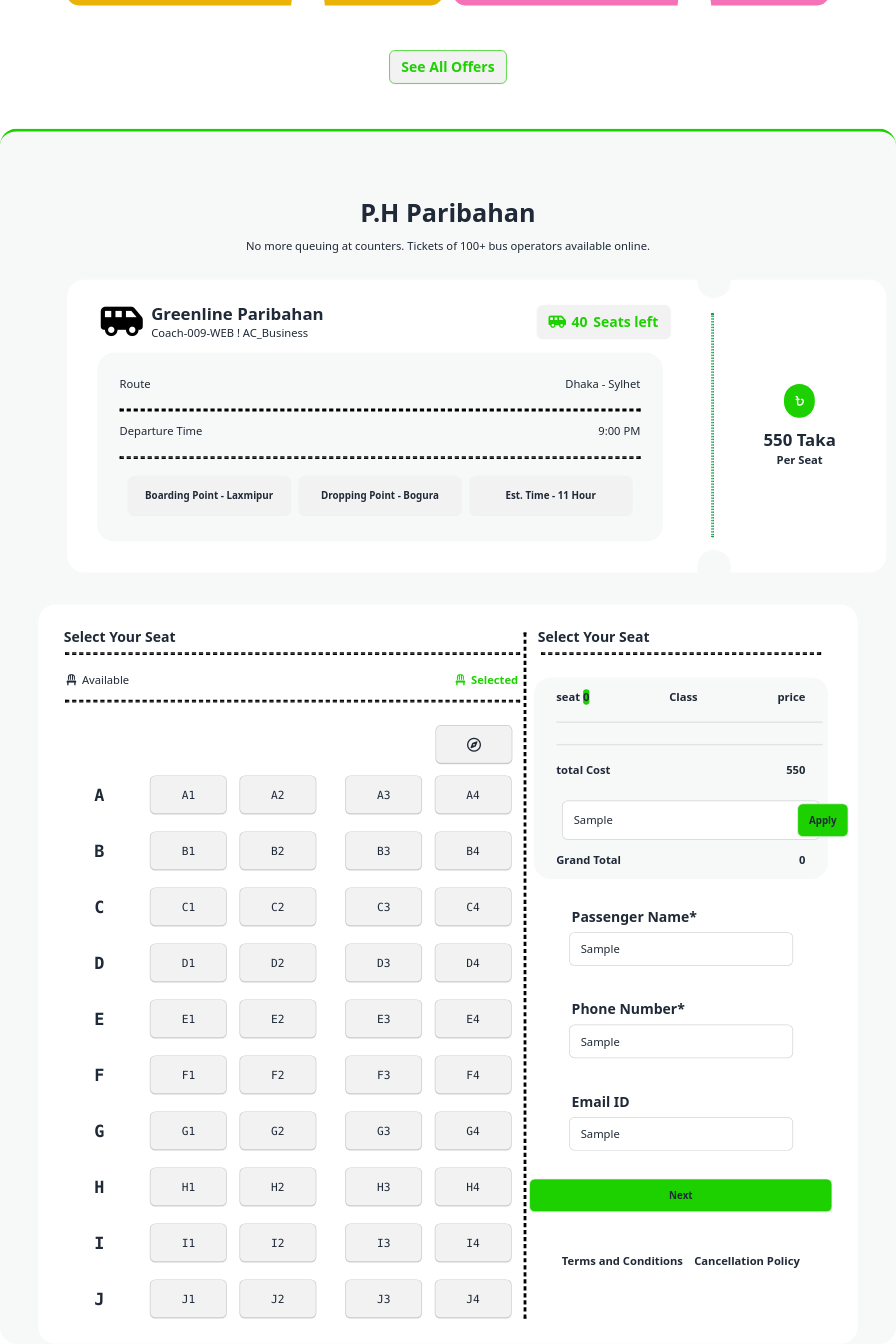
Repository: RudrasahaDibos/Smart-ticketing
Page: index.html
The author's editor kept a copy of each file at every save. The page is drawn from the files as they stood at one save, then again after a run of saves.
The browser window is 1280 px wide. The pictures show the part of the page from y = 1134 to 3054 px (the page is 3054 px tall), at 70% of full size.
Empty fields were first filled with sample values (such as "Sample", 5 or name@example.com).
After loading, the first visible `kbd.seat-btn` was clicked once.
Some web fonts or font styles are not loaded; a fallback is used. Some web libraries are served in a nearby version.

Above is the page before, as saved 2024-11-11 11:28:23.
Console error: ReferenceError: app is not defined

After the next 2 saves:
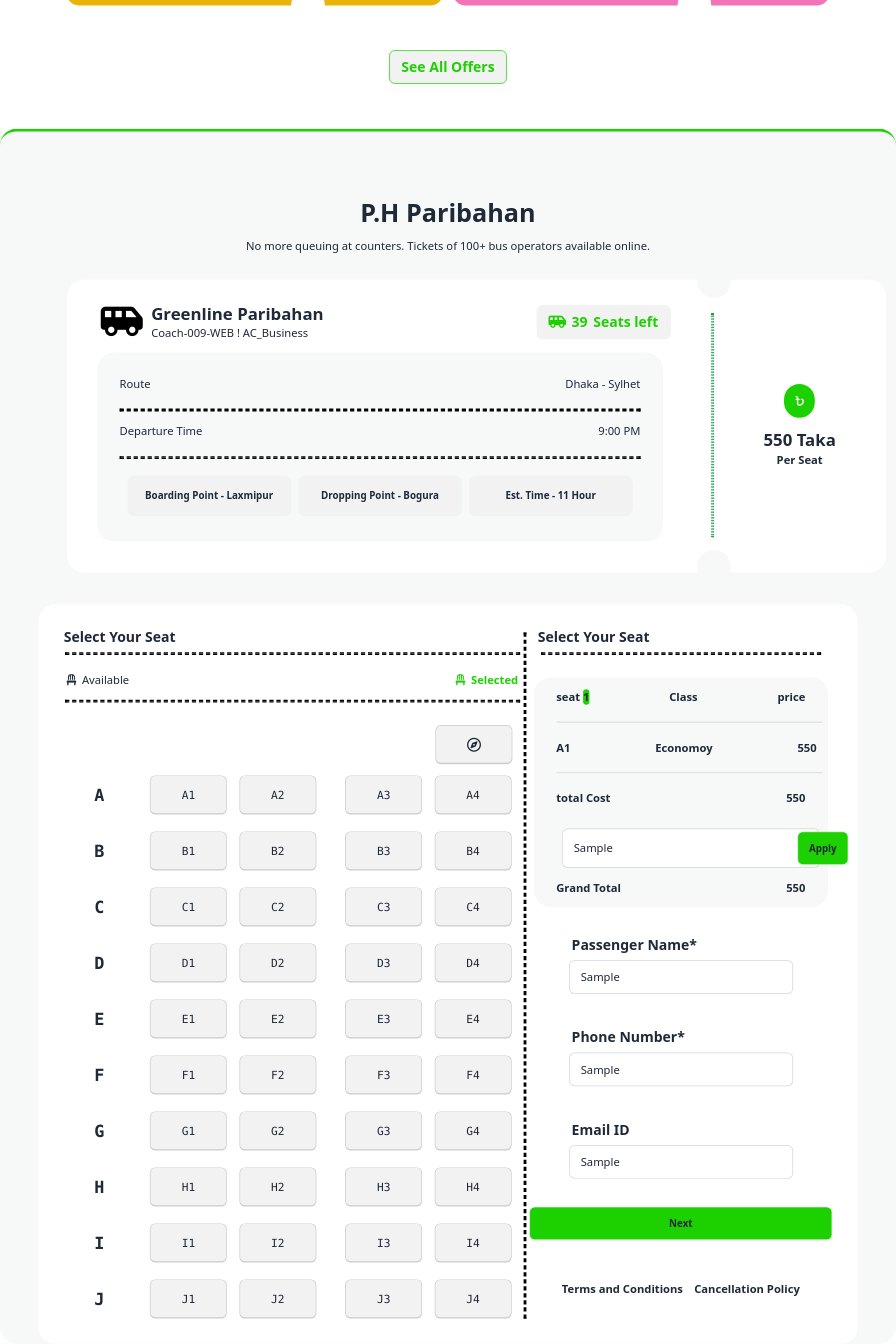
The error is gone.
The 2 saves are shown as one change because they came seconds apart.
The last was saved 6 s later.
--- a/index.js
+++ b/index.js
@@ -70,7 +70,7 @@ function getGrandTotal(Satus1,satus2){
        Applybutton.removeAttribute('disabled')
       }
       else{
-        app
+        Applybutton.set
       }
 
     if(Satus1||Satus1){
